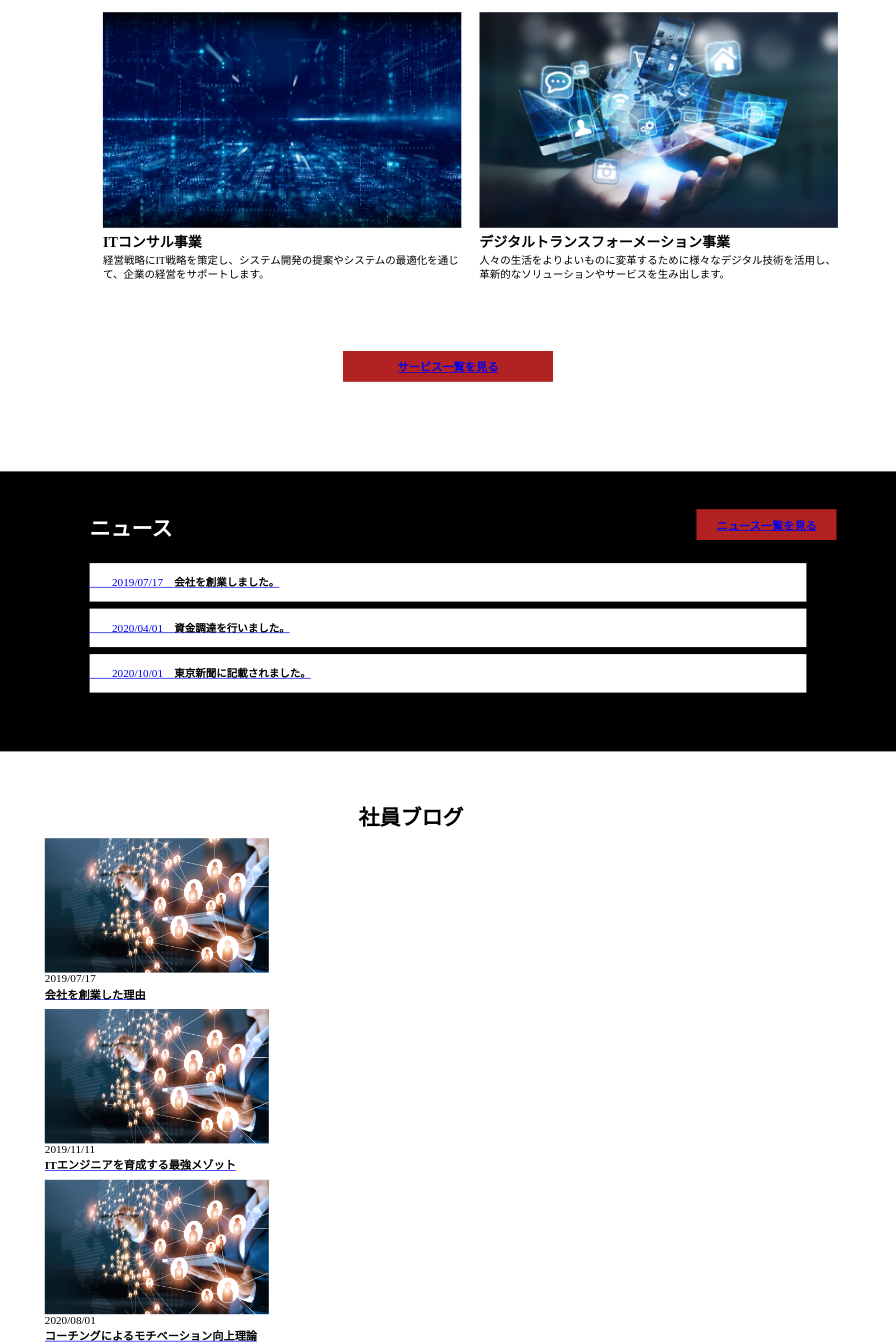
Repository: sigemasaasuka/20211012sigemasa
Page: index.html
The author's editor kept a copy of each file at every save. The page is drawn from the files as they stood at one save, then again after a run of saves.
The browser window is 1280 px wide. The pictures show the part of the page from y = 1338 to 3258 px (the page is 3258 px tall), at 70% of full size.

Above is the page before, as saved 2021-10-19 17:55:27.

### index.html
<!DOCTYPE html>
<html lang="ja">

<head>
  <meta charset="UTF-8">
  <meta name="viewport" content="width=device-width, initial-scale=1.0">
  <title>Document</title>

    <link rel="stylesheet" href="css/reset.css">
    <link rel="stylesheet" href="css/index.css">
</head>
<body>
  <header class="header">
    <div class="header-logo">
      <img class="logo" src="img/logo.png" alt="logo">
    </div>
    <nav class="header-nav">
      <ul class="header-nav-list">
        <li class="header-nav-item"><a href="index.html">ホーム</a></li>
        <li class="header-nav-item"><a href="service.html">事業内容</a></li>
        <li class="header-nav-item"><a href="news.html">ニュース</a></li>
        <li class="header-nav-item"><a href="blog.html">社員ブログ</a></li>
        <li class="header-nav-item"><a href="company.html">会社概要</a></li>
        <li class="header-nav-item"><a href="recruit.html">採用情報</a></li>
        <li class="header-nav-item"><a href="contact.html">お問い合わせ</a></li>
      </ul>
    </nav>
  </header>
  <div class="home">
  <div class="home-photo">
    <div class="home-title">
    <p>最新のテクノロジーで社会課題を解決</p>
      <div class="home-title2">
      <p>Solving　issues　with　the　latest　technology</p>
     </div>
    </div>
    </div>
    </div>
    <div class="home-color">
      <div class="hope">
        <p><br><br>株式会社TECHの想い</p>
        <div class="hope2">
          <p>あらゆる産業において、新たなデジタル技術を使ってこれまでにないビジネスモデルを展開する新規参加者が登場し、ゲームチェンジが起ころうとしています。こうした<br>中で、各企業は、競争力維持・強化のために、DXを迅速に進めていくことが求められています。しかし、DXにおいて投資コストは非常にかかります。株式会社TECHでは<br>独自のオペレーションと人材教育により、他社よりも価格を抑えた開発を行います。</p>
        </div>
      </div>
    </div>
    <div class="service">
      <p>サービス</p>
      </div>
      <div class="png1">
      <div class="service1">
        <img  src="img/service1.png"  alt="service1">
        <div class="it">
        <p>IT人材育成事業</p>
        <div class="it2">
        <p>これまでに培った教育手法を生かして、短期間で即戦力のIT人材を育成します。</p>
        </div>
      </div>
      </div>
      <div class="service2">
      <img  src="img/service2.png" alt="service2">
      <div class="coach">
        <p>コーチング事業</p>
        <div class="coach2">
          <p>目標達成を最短で実現するために、プロのコーチによるマンツーマンのサポートを実施します</p>
        </div>
      </div>
      </div>
      </div>
      <div class="png2">
      <div class="service3">
        <img src="img/service3.png" alt="service3">
        <div class="Consultant">
          <p>ITコンサル事業</p>
          <div class="Consultant2">
            <p>経営戦略にIT戦略を策定し、システム開発の提案やシステムの最適化を通じて、企業の経営をサポートします。</p>
          </div>
        </div>
      </div>
      <div class="service4">
        <img src="img/service4.png" alt="service4">
        <div class="formation">
          <p>デジタルトランスフォーメーション事業</p>
          <div class="formation2">
            <p>人々の生活をよりよいものに変革するために様々なデジタル技術を活用し、革新的なソリューションやサービスを生み出します。</p>
          </div>
        </div>
      </div>
      </div>
      <div class="list">
        <a href="service.html">サービス一覧を見る</a>
      </div>
      <div class="news">
        <div class="nesw-list">
          <div class="news-font">
          <p>ニュース</p></div>
          <div class="news-button">
            <a href="news.html">ニュース一覧を見る</a>
          </div>
        </div>
        <div class="news-info1">
          <a href="index.html">　　2019/07/17　<span class="co">会社を創業しました。</span></a></div>
          <div class="news-info2">
          <a href="index.html">　　2020/04/01　<span class="fund">資金調達を行いました。</span></a></div>
          <div class="news-info3">
          <a href="index.html">　　2020/10/01　<span class="newspaper">東京新聞に記載されました。</span></a></div>
      </div>
      <div class="blog">
        <p>社員ブログ</p>
        </div>
        <div class="reason">
        <div class="reason-png">
          <a href="index.html">
            <img src="img/blog.png" alt="blog">
          </a>
          <p class="reason1">2019/07/17</p>
          <a href="index.html"><p class="reason2">会社を創業した理由</p></a>
        </div>
        </div>
        <div class="nurturing">
        <div class="nurturing-png">
          <a href="index.html">
            <img src="img/blog.png" alt="blog">
          </a>
          <p class="nurturing1">2019/11/11</p>
          <a href="index.html">
            <p class="nurturing2">ITエンジニアを育成する最強メゾット</p>
          </a>
        </div>
      </div>
      <div class="coaching">
        <div class="coaching-png">
        <a href="index.html">
          <img src="img/blog.png" alt="blog">
        </a>
        <p class="coaching1">2020/08/01</p>
        <a href="index.html">
          <p class="coaching2">コーチングによるモチベーション向上理論</p>
        </a>
        </div>
        </div>


<script src="js/main.js"></script>
</body>
</html>

### css/reset.css
@charset "UTF-8";
html, body, div, span, applet, object, iframe,
h1, h2, h3, h4, h5, h6, p, blockquote, pre,
a, abbr, acronym, address, big, cite, code,
del, dfn, em, img, ins, kbd, q, s, samp,
small, strike, strong, sub, sup, tt, var,
b, u, i, center,
dl, dt, dd, ol, ul, li,
fieldset, form, label, legend,
table, caption, tbody, tfoot, thead, tr, th, td,
article, aside, canvas, details, embed,
figure, figcaption, footer, header, hgroup,
menu, nav, output, ruby, section, summary,
time, mark, audio, video {
margin: 0;
padding: 0;
border: none;
font-style: normal;
text-align: left;
zoom: 1;
}
article, aside, details, figcaption, figure,
footer, header, hgroup, menu, nav, section {
display: block;
}
table {
border-collapse: collapse;
font-family: inherit;
}
h1,h2,h3,h4,h5 {
font-size: 100%;
font-weight: normal;
line-height: 1;
}
input,textarea,select {
font-family: inherit;
font-size: 16px;
}
input[type="button"],input[type="text"],input[type="submit"] {
 -webkit-appearance: none;
 border-radius: 0;
}
textarea {
resize: none;
-webkit-appearance: none;
border-radius: 0;
}
th,td {
border-collapse: collapse;
}
table th,table td {
white-space: nowrap;
}
ul,ol {
list-style-type: none;
}
img {
vertical-align: text-bottom;
vertical-align: -webkit-baseline-middle;
max-width: 100%;
height: auto;
width /***/:auto;
}

### css/index.css
.logo {
  text-decoration: none;
  color: inherit;
  width: 50%;
}
.header {
  width: 100%;
  display: flex;
  justify-content: space-between;
  align-items: center;
  height: 70px;
  padding: 0 30px;
  position: fixed;
  box-sizing: border-box;
  background-color: #fff;
  color: #000;
}

.a {
  text-decoration: none;
}

.header-ttl {
  font-size: 24px;
  width: 80px;
}

.header-nav-list {
  display: flex;
  font-weight: bold;
}

.header-nav-item:not(:last-child) {
  margin-right: 30px;
}

.home-photo {
  position: relative;
  padding-top: calc(250 / 683 * 100%); /* calc(画像高さ ÷ 画像横幅 × 100%) */
  background: url(../img/mv.png) center center / cover no-repeat;
}

.home-title {
  display: flex;
  flex-direction: column;
  position: absolute;
  font-size: 50px;
  margin-left: 20%;
  top: 40%;
  font-weight: bolder;
  color: #fff;
}

.home-title2 {
  display: flex;
  position: absolute;
  font-size: 20px;
  margin-top: 45px;
  margin-left: 23%;
  top: 40%;
  font-weight: bold;
  color: #fff;
}

.home-color {
  background-color: #000;
  height: 300px;
}

.hope {
  top: 30%;
  display: flex;
  flex-direction: column;
  font-weight: bolder;
  font-size: 30px;
  margin-left: 10%;
  color: #fff;
}

.hope2 {
  display: flex;
  font-size: 15px;
  margin-top: 20px;
  font-weight: normal;
  color: #fff;
}

.service {
  margin-top: 5%;
  margin-left: 45%;
  font-size: 35px;
  font-weight: bolder;
}

.png1 {
  display: flex;
  justify-content: center;
}

.service1 {
  margin-top: 5%;
  margin-left: 5%;
  width: 40%;
}

.it {
  margin-top: 1%;
  font-size: 20px;
  font-weight: bolder;
}

.it2 {
  font-size: 15px;
  font-weight: normal;
}

.service2 {
  margin-top: 3%;
  margin-left: 2%;
  width: 40%;
}

.coach {
  margin-top: 1%;
  font-size: 20px;
  font-weight: bolder;
}

.coach2 {
  font-size: 15px;
  font-weight: normal;
}

.png2 {
  display: flex;
  justify-content: center;
}

.service3 {
  margin-top: 2%;
  margin-left: 5%;
  width: 40%;
}

.Consultant {
  margin-top: 1%;
  font-size: 20px;
  font-weight: bolder;
}

.Consultant2 {
  font-size: 15px;
  font-weight: normal;
}

.service4 {
  margin-top: 2%;
  margin-left: 2%;
  width: 40%;
}

.formation {
  margin-top: 1%;
  font-size: 20px;
  font-weight: bolder;
}

.formation2 {
  font-size: 15px;
  font-weight: normal;
}

.list {
  width: 300px;
  padding: 10px 0;
  color: #fff;
  font-weight: bold;
  background: #b22222;
  text-align: center;
  margin: 100px auto 0;
  display: block;
}

.news {
  margin-top: 10%;
  background-color: #000;
  height: 400px;
}

.nesw-list {
  margin-left: 10%;
  display: flex;
  justify-content: flex-start;
  align-items: center;
}

.news-font {
  font-weight: bold;
  font-size: 30px;
  color: #fff;
  margin-top: 5%;
}

.news-button {
  color: #fff;
  margin-top: 50px;
  margin-left: 65%;
  width: 200px;
  padding: 10px 0;
  font-weight: bold;
  background: #b22222;
  text-align: center;
  display: block;
}

.news-info1 {
  margin-top: 30px;
  margin-left: 10%;
  width: 80%;
  height: 35px;
  padding: 10px 0;
  background: #fff;
  line-height: 35px;
  display: block;
  color: #000;
}
.co {
  font-size: 15px;
  font-weight: bold;
  color: #000;
}

.news-info2 {
  margin-top: 10px;
  margin-left: 10%;
  width: 80%;
  height: 35px;
  padding: 10px 0;
  background: #fff;
  line-height: 35px;
  display: block;
  color: #000;
}
.fund {
  font-size: 15px;
  font-weight: bold;
  color: #000;
}

.news-info3 {
  margin-top: 10px;
  margin-left: 10%;
  width: 80%;
  height: 35px;
  padding: 10px 0;
  background: #fff;
  line-height: 35px;
  display: block;
  color: #000;
}
.newspaper {
  font-size: 15px;
  font-weight: bold;
  color: #000;
}

.blog {
  margin-top: 70px;
  margin-left: 40%;
  font-size: 30px;
  font-weight: bolder;
}

.reason-png {
  width: 25%;
  margin-left: 5%;
}

.reason {
  margin-top: 10px;
  color: #000;
}

.reason2 {
  font-weight: bolder;
  color: #000;
}

.nurturing-png {
  width: 25%;
  margin-left: 5%;
}

.nurturing {
  margin-top: 10px;
  color: #000;
}

.nurturing2 {
  font-weight: bolder;
  color: #000;
}

.coaching-png {
  width: 25%;
  margin-left: 5%;
}

.coaching {
  margin-top: 10px;
  color: #000;
}

.coaching2 {
  font-weight: bolder;
  color: #000;
}

Loaded but not shown: js/main.js (no stored copy; drawn as an empty file)

After the next 4 saves:
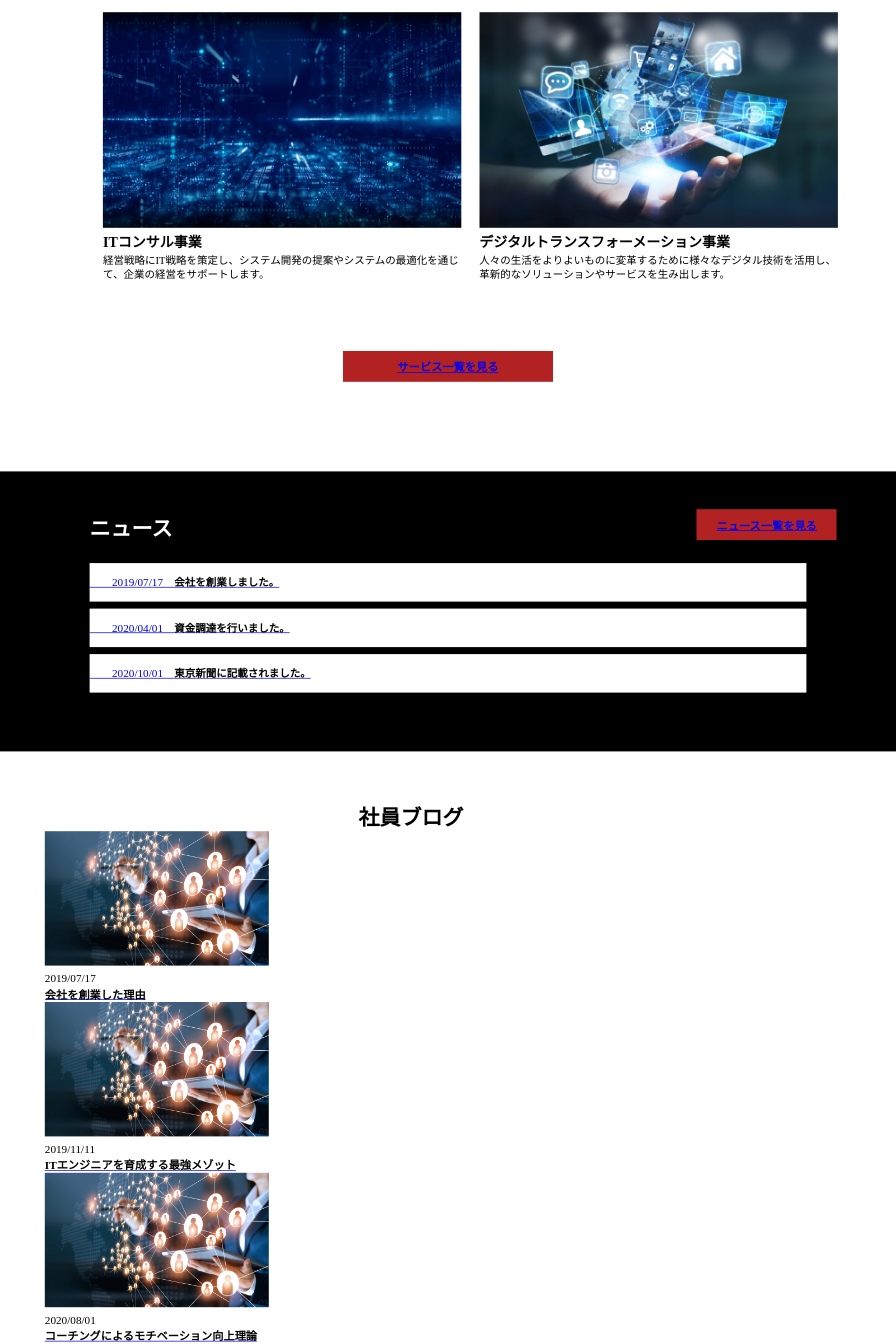
The 4 saves are shown as one change because they came seconds apart.
The last was saved 22 s later.
--- a/css/index.css
+++ b/css/index.css
@@ -276,7 +276,7 @@
   margin-left: 5%;
 }
 
-.reason {
+.reason1{
   margin-top: 10px;
   color: #000;
 }
@@ -291,7 +291,7 @@
   margin-left: 5%;
 }
 
-.nurturing {
+.nurturing1 {
   margin-top: 10px;
   color: #000;
 }
@@ -306,7 +306,7 @@
   margin-left: 5%;
 }
 
-.coaching {
+.coaching1 {
   margin-top: 10px;
   color: #000;
 }
